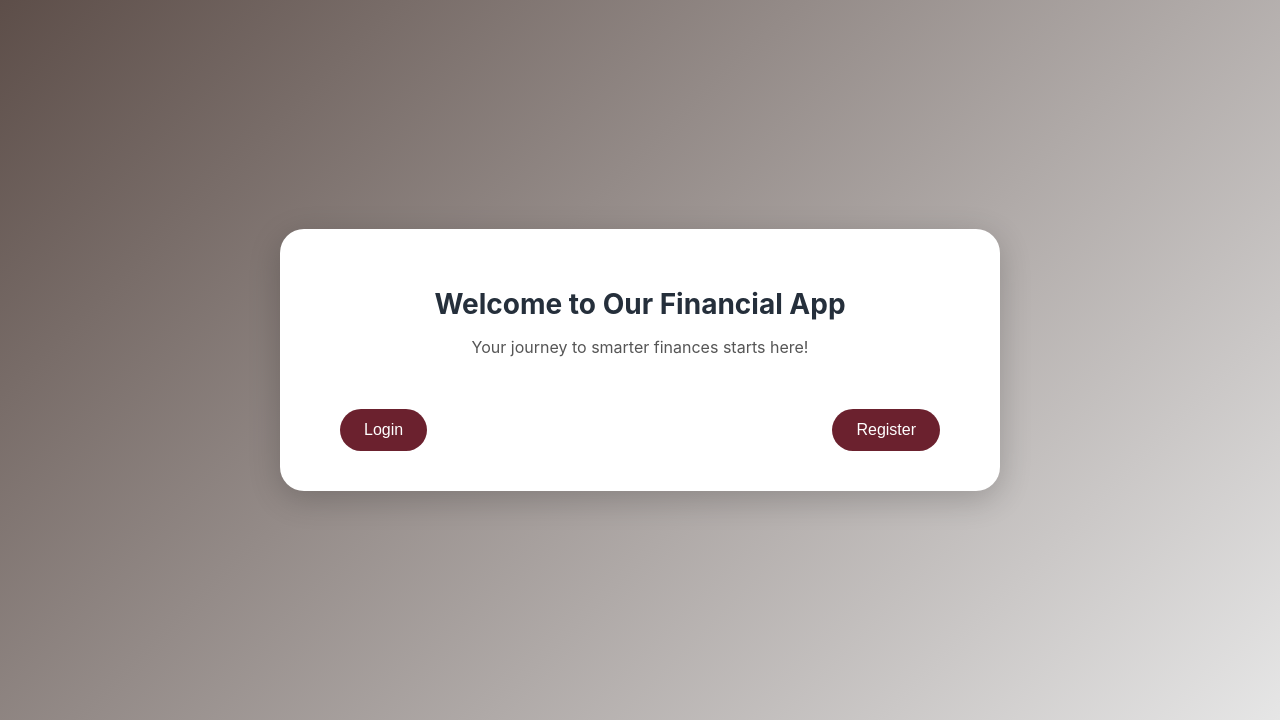
Repository: aab232/https---github.com-aab232-Deferred-Payment-Platform
Page: / (app in frontend/)
An editor plug-in stored every save of this project. The page is shown before and after the next save, followed by the edit.
The browser window is 1280 px wide. The pictures show the whole page.
The project was rebuilt for these pictures with package versions that can differ from the ones it lists, and the page was loaded fresh each time. Also part of the build but not shown: frontend/src/components/Register.js, frontend/src/components/Login.js.

Above is the page before, as saved 2025-03-18 19:31:53.

### frontend/src/App.js
import React from 'react';
import { BrowserRouter as Router, Routes, Route } from 'react-router-dom';
import Home from './components/Home';
import Register from './components/Register';
import Login from './components/Login';

const App = () => {
  return (
    <Router>
      <Routes>
        <Route path="/" element={<Home />} />
        <Route path="/login" element={<Login />} />
        <Route path="/register" element={<Register />} />
      </Routes>
    </Router>
  );
};

export default App;

### frontend/src/components/Home.js
import React from 'react';
import { useNavigate } from 'react-router-dom';
import './Home.css';

const Home = () => {
  const navigate = useNavigate();

  return (
    <div className="container">
      <div className="card">
        <h1>Welcome to Our Financial App</h1>
        <p>Your journey to smarter finances starts here!</p>
        <div className="button-group">
          <button onClick={() => navigate('/login')} className="btn">Login</button>
          <button onClick={() => navigate('/register')} className="btn">Register</button>
        </div>
      </div>
    </div>
  );
};

export default Home;

### frontend/src/components/Home.css
/* Centering and styling for Home page */
.container {
    display: flex;
    justify-content: center;
    align-items: center;
    height: 100vh; /* Full viewport height */
    background: linear-gradient(135deg, #252f3b, #252d3b); /* Elegant gradient */
  }

  .card {
    text-align: center;
    background: #fff;
    padding: 40px 60px;
    border-radius: 24px;
    box-shadow: 0 8px 32px rgba(0, 0, 0, 0.2);
    max-width: 600px;
    width: 100%;
  }

  h1 {
    margin-bottom: 16px;
    font-size: 28px;
    color: #252f3b;
  }

  p {
    margin-bottom: 32px;
    font-size: 16px;
    color: #555;
  }

  .button-group {
    display: flex;
    justify-content: space-between;
  }

  .btn {
    padding: 12px 24px;
    font-size: 16px;
    border: none;
    border-radius: 30px; /* Rounded buttons */
    cursor: pointer;
    transition: background 0.3s ease;
    color: white;
    background: #252f3b;
  }

  .btn:hover {
    background: #252f3b; /* Button hover effect */
  }

### frontend/src/components/Form.css
/* Form Styling for Login & Register */
.container {
    display: flex;
    justify-content: center;
    align-items: center;
    height: 100vh;
    background: linear-gradient(135deg, #5D4E49, #E6E6E6);
  }

  .form-card {
    background: white;
    padding: 40px 60px;
    border-radius: 24px;
    box-shadow: 0 8px 32px rgba(0, 0, 0, 0.2);
    max-width: 400px;
    width: 100%;
    text-align: center;
  }

  h2 {
    color: #252f3b;
  }

  input {
    display: block;
    width: 100%;
    margin: 10px 0;
    padding: 12px;
    border: 1px solid #ddd;
    border-radius: 30px;
  }

  .btn {
    padding: 12px 24px;
    margin-top: 20px;
    border-radius: 30px;
    border: none;
    color: white;
    background: #6b212e;
    cursor: pointer;
  }

  .btn:hover {
    background: #a41b34;
  }

  .link {
    color: #44576D;
    cursor: pointer;
  }

Loaded but not shown: frontend/public/index.html (common file); frontend/src/index.js (common file); frontend/src/index.css (common file)

After the next save:
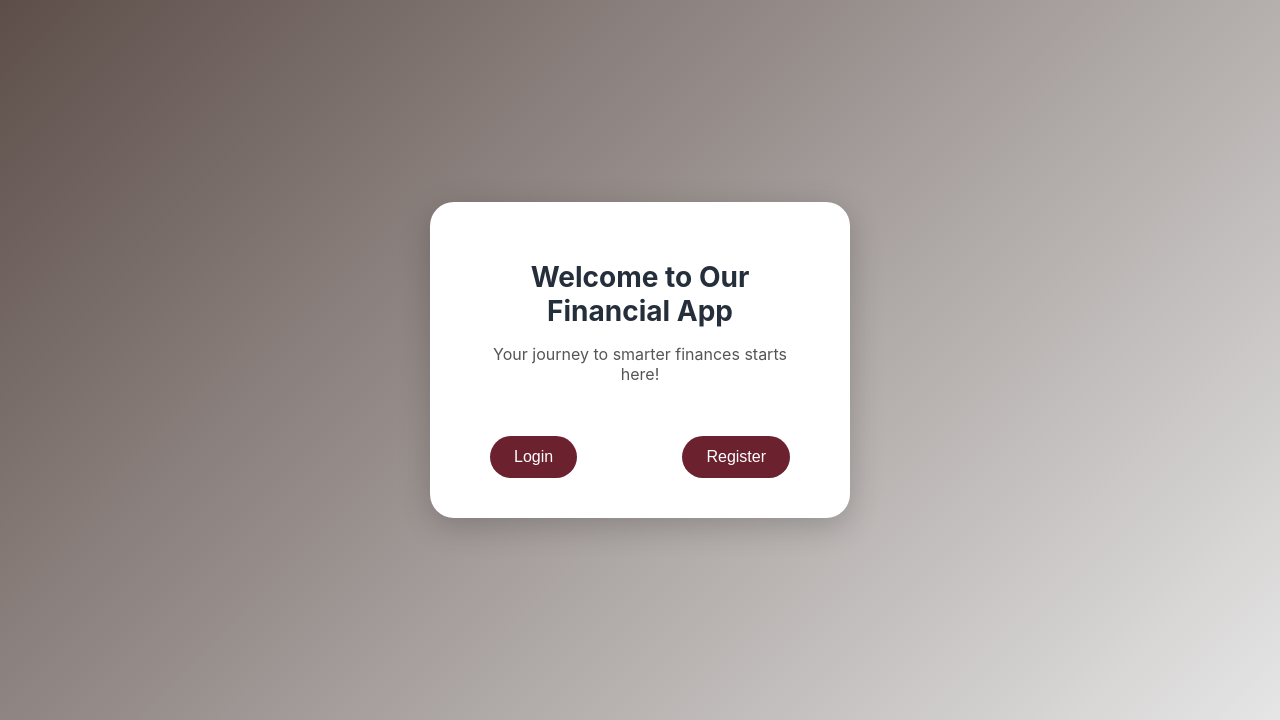
Saved 6 s later.
--- a/frontend/src/components/Home.css
+++ b/frontend/src/components/Home.css
@@ -13,7 +13,7 @@
     padding: 40px 60px;
     border-radius: 24px;
     box-shadow: 0 8px 32px rgba(0, 0, 0, 0.2);
-    max-width: 600px;
+    max-width: 300px;
     width: 100%;
   }
 
